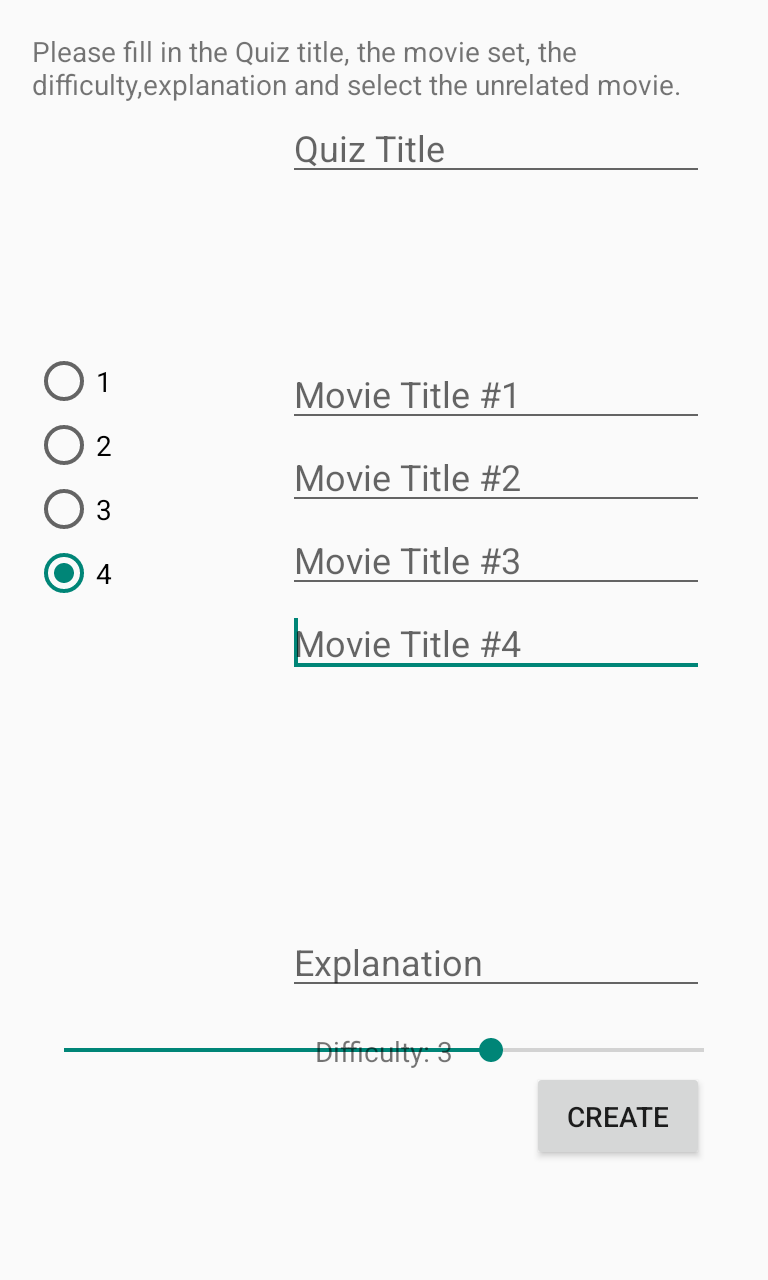
Repository: quantumlicht/android-capstone
Layout: capstone_client/res/layout/activity_create_quiz.xml
These files come from the project's save history. The layout is drawn as it stood at one moment and after the next save; the edit follows.
It is drawn on a 768 x 1280 px phone screen (xhdpi) without system bars, with theme AppTheme; the app's code is not run.

Above is the layout before, as saved 2014-11-14 02:44:38.

After the next save:
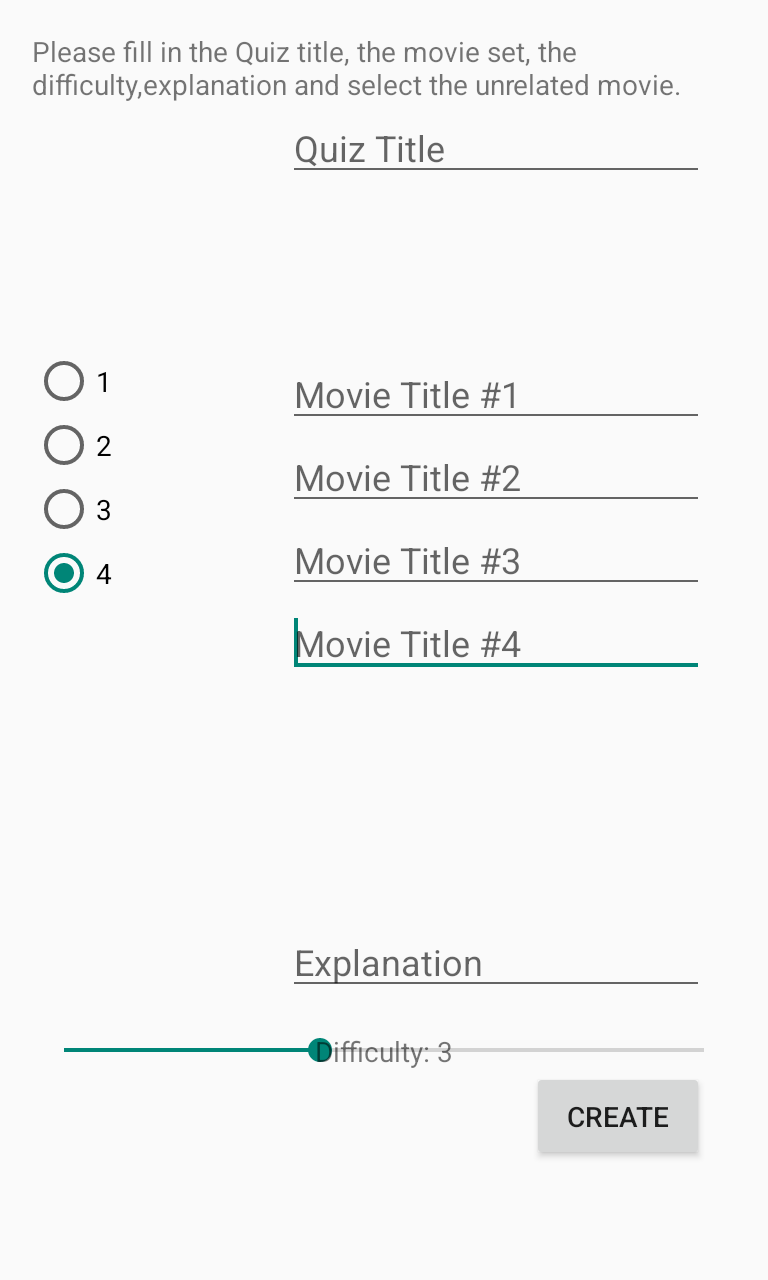
Saved 12 min 11 s later.
--- a/capstone_client/res/layout/activity_create_quiz.xml
+++ b/capstone_client/res/layout/activity_create_quiz.xml
@@ -108,7 +108,7 @@
         android:layout_above="@+id/submit_create"
         android:layout_alignLeft="@+id/textView1"
         android:contentDescription="Difficulty"
-        android:max="3"
+        android:max="5"
         android:progress="2" />
 
     <TextView
